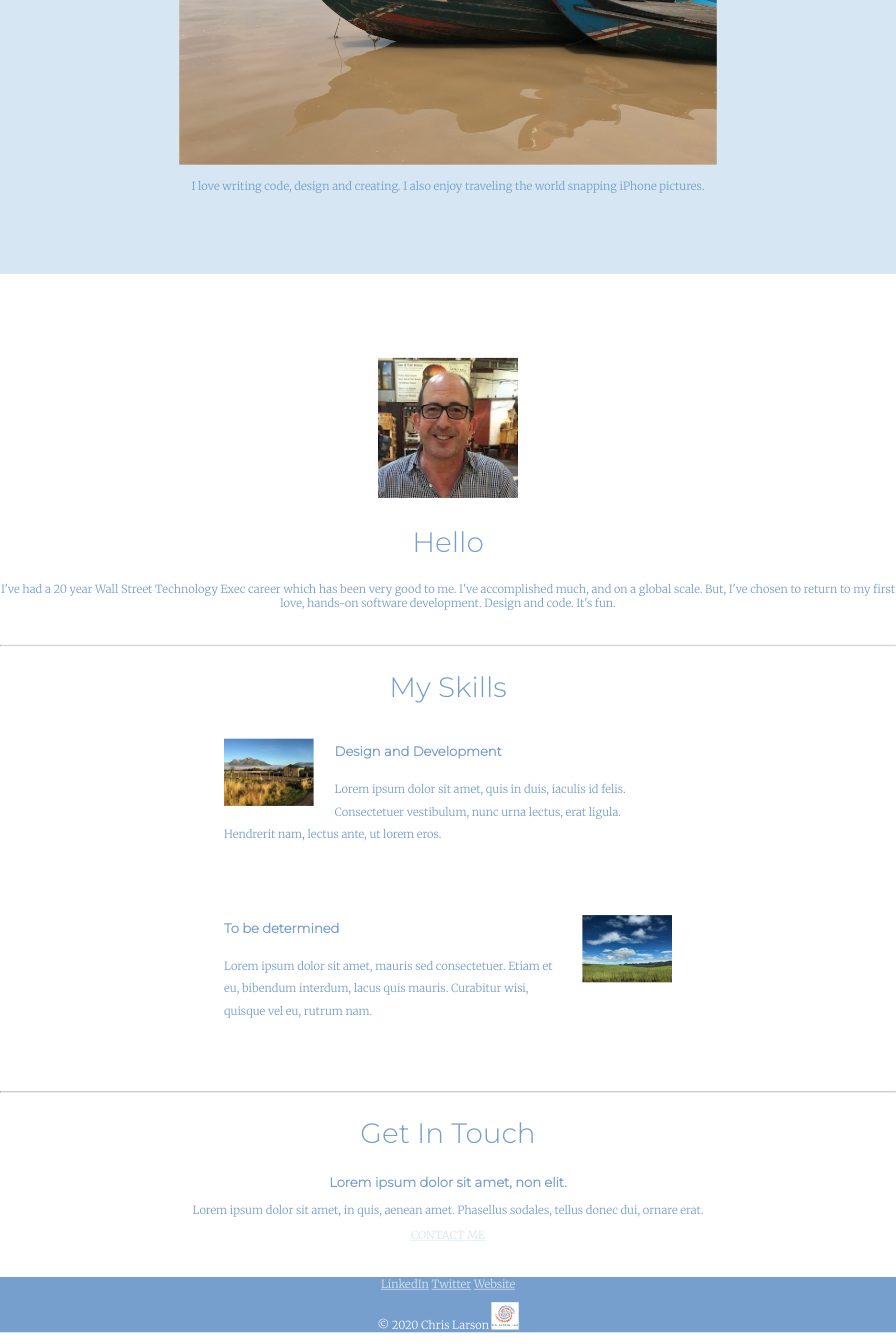
Repository: EpiTao-LLC/Personal_web_page
Page: index.html
These files come from the project's save history. The page is drawn as it stood at one moment and after the next save; the edit follows.
The browser window is 1280 px wide. The pictures show the part of the page from y = 765 to 2685 px (the page is 2685 px tall), at 70% of full size.

Above is the page before, as saved 2020-05-21 17:45:59.

After the next save:
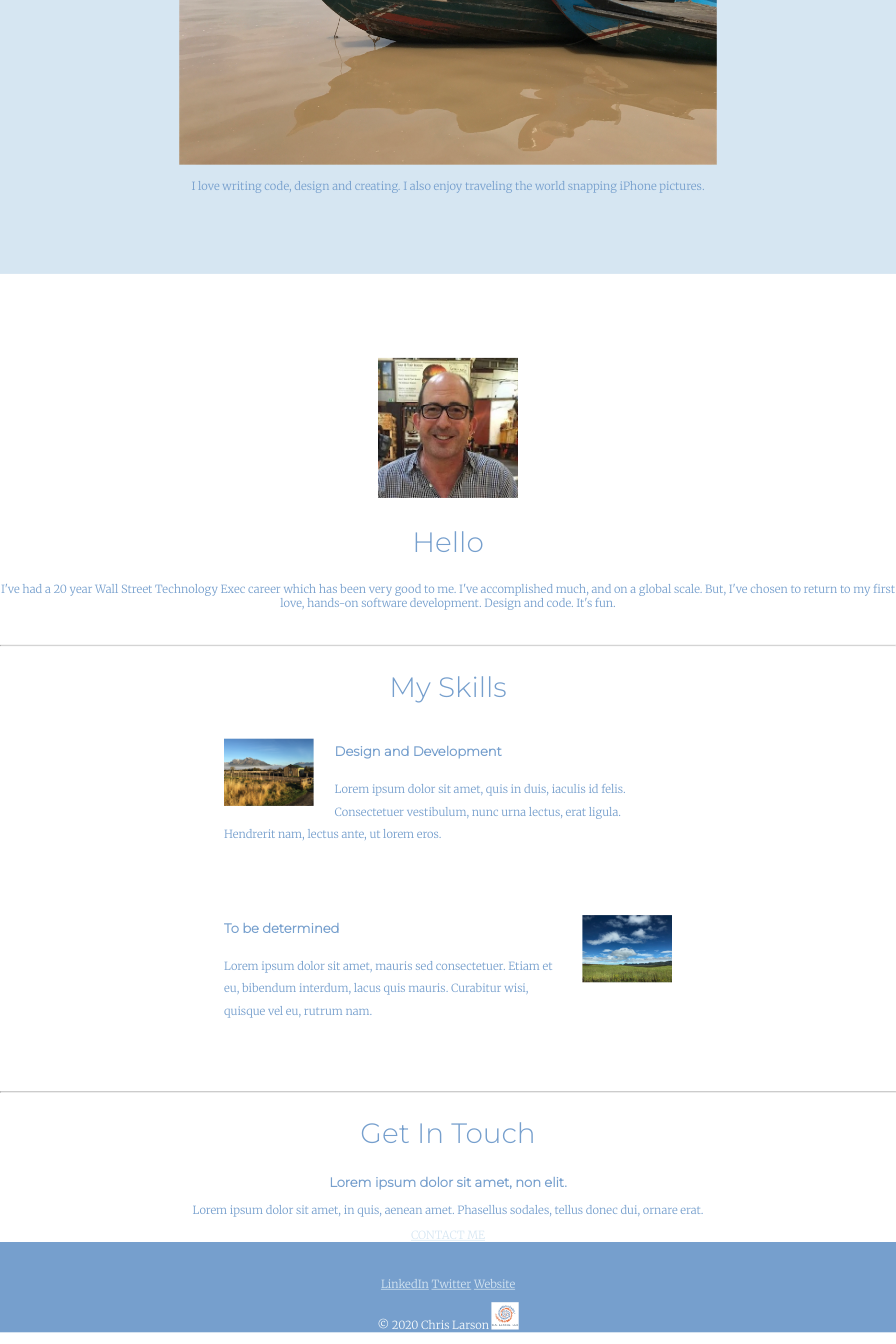
Saved 27 s later.
--- a/css/styles.css
+++ b/css/styles.css
@@ -37,7 +37,7 @@ h3 {
     margin-bottom: 50px;
 }
 .bottom-container {
-    margin-top: 50px;
+    padding-top: 50px;
     background-color: #769FCD;
     color: #f7fbfc;
 }
